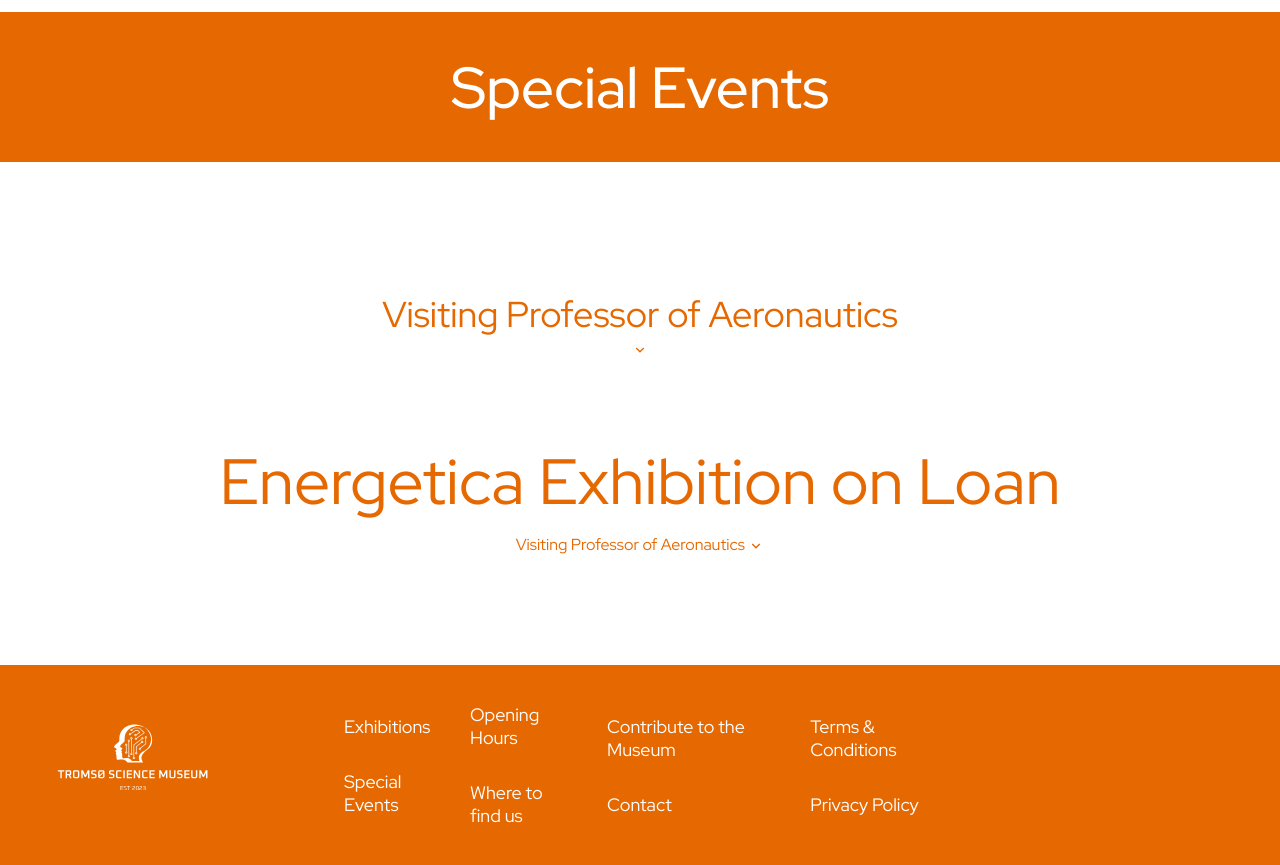
Repository: benjaminskarding/Semester-Project
Page: index.html
The author's editor kept a copy of each file at every save. The page is drawn from the files as they stood at one save, then again after the next save.
The browser window is 1280 px wide. The pictures show the part of the page from y = 5117 to 6009 px (the page is 5982 px tall before and 6009 px after).
A picture or video elsewhere on the page could not be fetched, so the positions and the page height are approximate.

Above is the page before, as saved 2023-12-04 12:50:35.

After the next save:
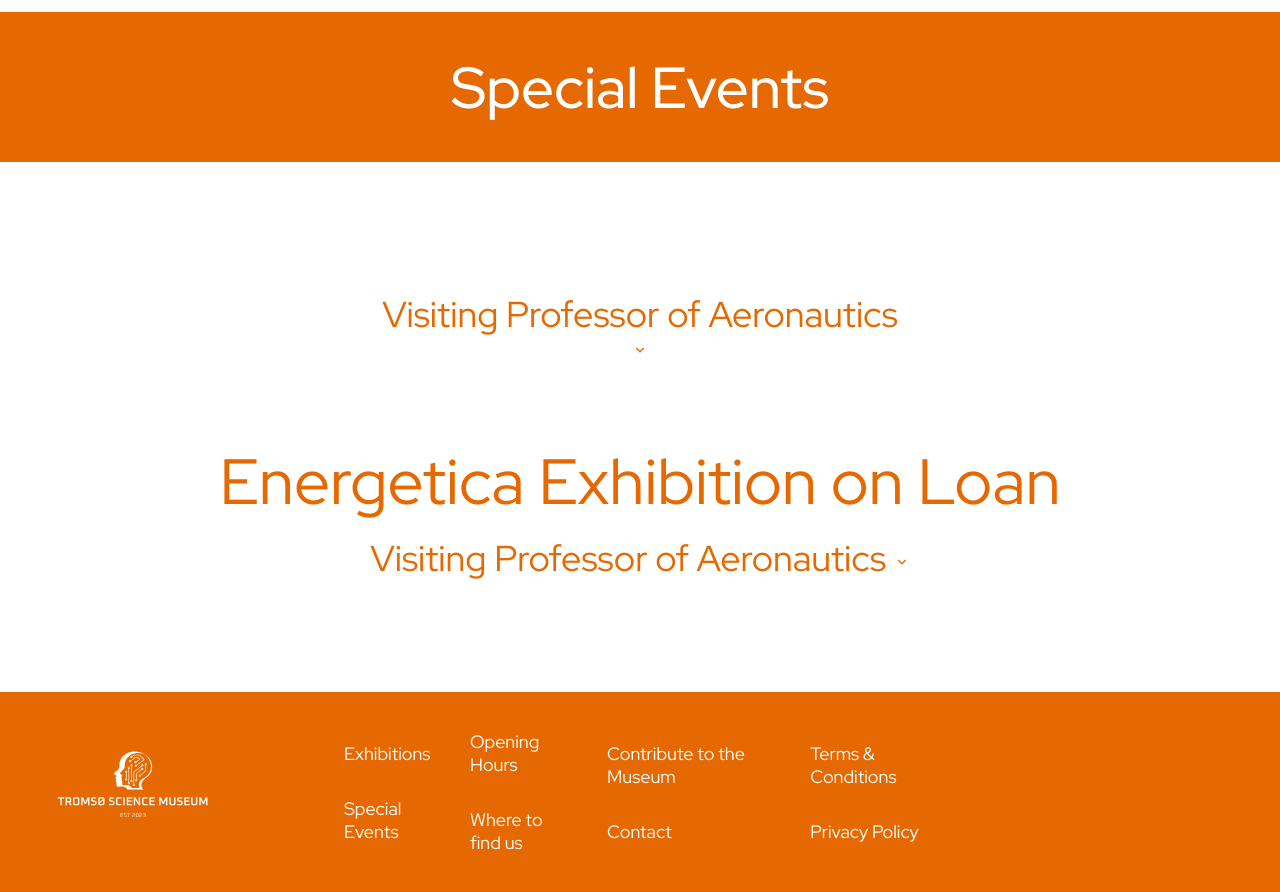
Saved 12 s later.
--- a/src/css/index.css
+++ b/src/css/index.css
@@ -413,6 +413,7 @@ h4 {
     color: inherit;
     vertical-align: middle;
     color: var(--color-secondary);
+    font-size: 2.25rem;
 }
 
 
